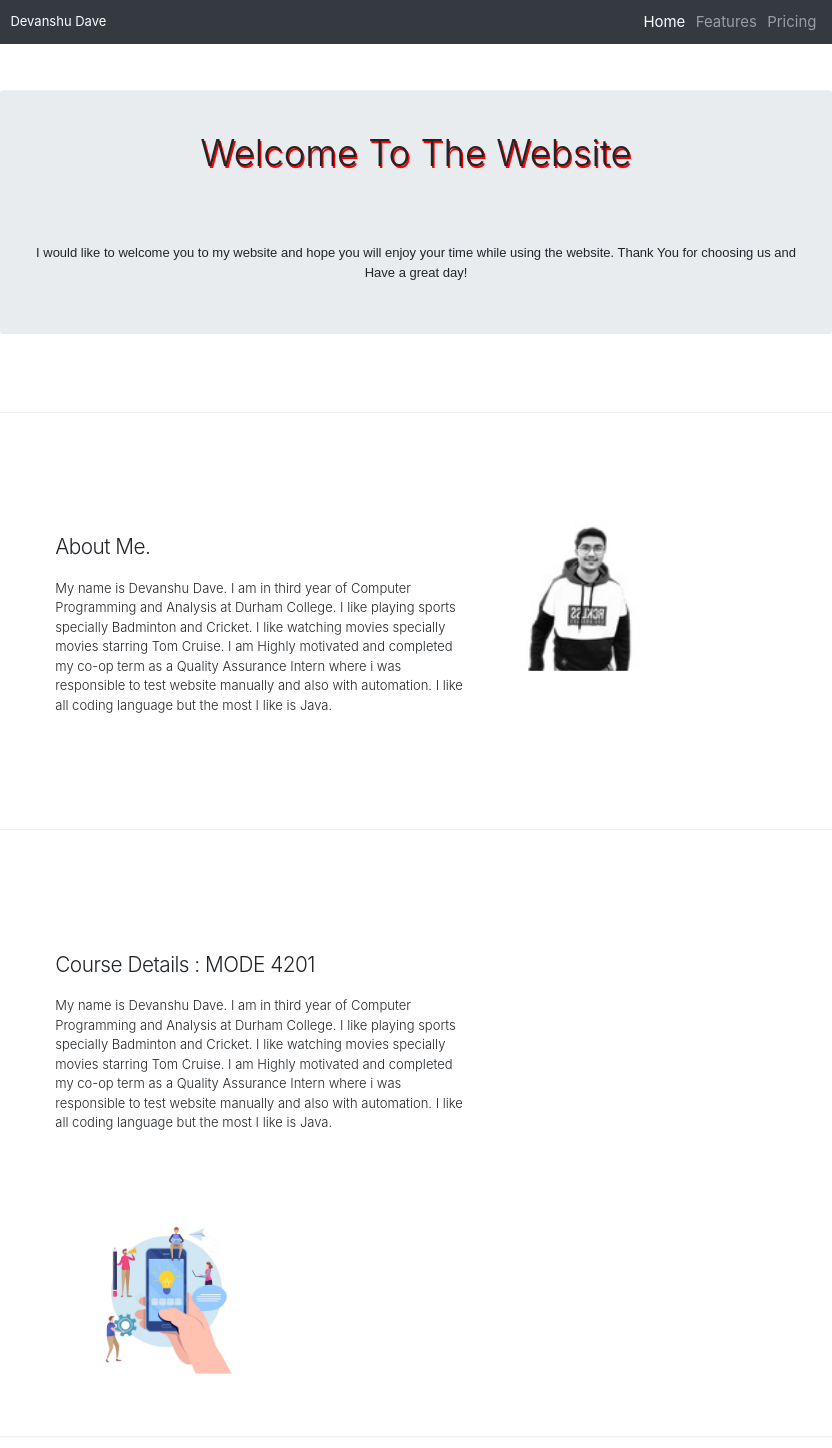
Repository: devanshudave1901/Mobile-Dev-Website
Page: index.html
These files come from the project's save history. The page is drawn as it stood at one moment and after a run of saves; the edit follows.
The browser window is 1280 px wide. The pictures show the whole page, at 65% of full size.
Some web libraries are served in a nearby version.

Above is the page before, as saved 2022-10-05 01:16:32.

### index.html
<!DOCTYPE html>
<html lang="en">
  <head>
    <meta charset="UTF-8" />
    <meta http-equiv="X-UA-Compatible" content="IE=edge" />
    <meta name="viewport" content="width=device-width, initial-scale=1.0" />
    <link
      rel="stylesheet"
      href="https://cdn.jsdelivr.net/npm/bootstrap@4.0.0/dist/css/bootstrap.min.css"
      integrity="sha384-Gn5384xqQ1aoWXA+058RXPxPg6fy4IWvTNh0E263XmFcJlSAwiGgFAW/dAiS6JXm"
      crossorigin="anonymous"
    />
    <link
      href="https://maxcdn.bootstrapcdn.com/font-awesome/4.2.0/css/font-awesome.min.css"
      rel="stylesheet"
    />

    <style>
      .navbar-nav {
        margin-left: auto;
        font-size: 23px;
      }
      .welcomeHeading {
        text-shadow: 2px 2px red;
        text-align: center;
      }
      .welcomeText {
        text-align: center;
        font-family: "Sofia", sans-serif;
      }
      .featurette-heading {
        font-weight: 300;
        line-height: 1;
        letter-spacing: -0.05rem;
        margin-top: 20%;
      }
      .profileIamge {
        width: 250px;
      }
      .mobileDevProfile {
        margin-top: 10%;
        margin-left: 4%;
      }
    </style>
    <script
      src="https://code.jquery.com/jquery-3.2.1.slim.min.js"
      integrity="sha384-KJ3o2DKtIkvYIK3UENzmM7KCkRr/rE9/Qpg6aAZGJwFDMVNA/GpGFF93hXpG5KkN"
      crossorigin="anonymous"
    ></script>
    <script
      src="https://cdn.jsdelivr.net/npm/popper.js@1.12.9/dist/umd/popper.min.js"
      integrity="sha384-ApNbgh9B+Y1QKtv3Rn7W3mgPxhU9K/ScQsAP7hUibX39j7fakFPskvXusvfa0b4Q"
      crossorigin="anonymous"
    ></script>
    <script
      src="https://cdn.jsdelivr.net/npm/bootstrap@4.0.0/dist/js/bootstrap.min.js"
      integrity="sha384-JZR6Spejh4U02d8jOt6vLEHfe/JQGiRRSQQxSfFWpi1MquVdAyjUar5+76PVCmYl"
      crossorigin="anonymous"
    ></script>
    <title>Mobile Development - Lab 2</title>
  </head>
  <body>
    <nav class="navbar sticky-top navbar-expand-lg navbar-dark bg-dark">
      <a class="navbar-brand" href="#">Devanshu Dave</a>

      <div class="collapse navbar-collapse" id="navbarNavDropdown">
        <ul class="navbar-nav" mr-auto>
          <li class="nav-item active">
            <a class="nav-link" href="#"
              >Home <span class="sr-only">(current)</span></a
            >
          </li>
          <li class="nav-item">
            <a class="nav-link" href="#">Features</a>
          </li>
          <li class="nav-item">
            <a class="nav-link" href="#">Pricing</a>
          </li>
        </ul>
      </div>
    </nav>
    <br />
    <br />
    <br />
    <div class="jumbotron">
      <h1 class="display-4 welcomeHeading">Welcome To The Website</h1>
      <br />
      <br />
      <br />
      <br />
      <p class="lead welcomeText">
        I would like to welcome you to my website and hope you will enjoy your
        time while using the website. Thank You for choosing us and Have a great
        day!
      </p>
    </div>
    <br />
    <br />
    <br />
    <hr />
    <div class="container marketing">
      <br />
      <br />
      <div class="row featurette">
        <div class="col-md-7">
          <h2 class="featurette-heading">About Me.</h2>
          <br />
          <p class="lead">
            My name is Devanshu Dave. I am in third year of Computer Programming
            and Analysis at Durham College. I like playing sports specially
            Badminton and Cricket. I like watching movies specially movies
            starring Tom Cruise. I am Highly motivated and completed my co-op
            term as a Quality Assurance Intern where i was responsible to test
            website manually and also with automation. I like all coding
            language but the most I like is Java.
          </p>
        </div>
        <div class="col-md-5">
          <img
            class="featurette-image img-fluid profileIamge"
            src="./image/devProfile.JPG"
          />
        </div>
      </div>
      <br />
      <br />
      <br />
    </div>
    <br />
    <br />
    <br />
    <hr />
    <div class="container marketing">
      <br />
      <br />
      <div class="row featurette">
        <div class="col-md-7">
          <h2 class="featurette-heading">Course Details : MODE 4201</h2>
          <br />
          <p class="lead">
            My name is Devanshu Dave. I am in third year of Computer Programming
            and Analysis at Durham College. I like playing sports specially
            Badminton and Cricket. I like watching movies specially movies
            starring Tom Cruise. I am Highly motivated and completed my co-op
            term as a Quality Assurance Intern where i was responsible to test
            website manually and also with automation. I like all coding
            language but the most I like is Java.
          </p>
        </div>
        <div class="col-md-5 mobileDevProfile">
          <img
            class="featurette-image img-fluid profileIamge"
            src="./image/mobileDev.jpg"
          />
        </div>
      </div>
      <br />
      <br />
      <br />
    </div>
    <hr />
  </body>
</html>

After the next 3 saves:
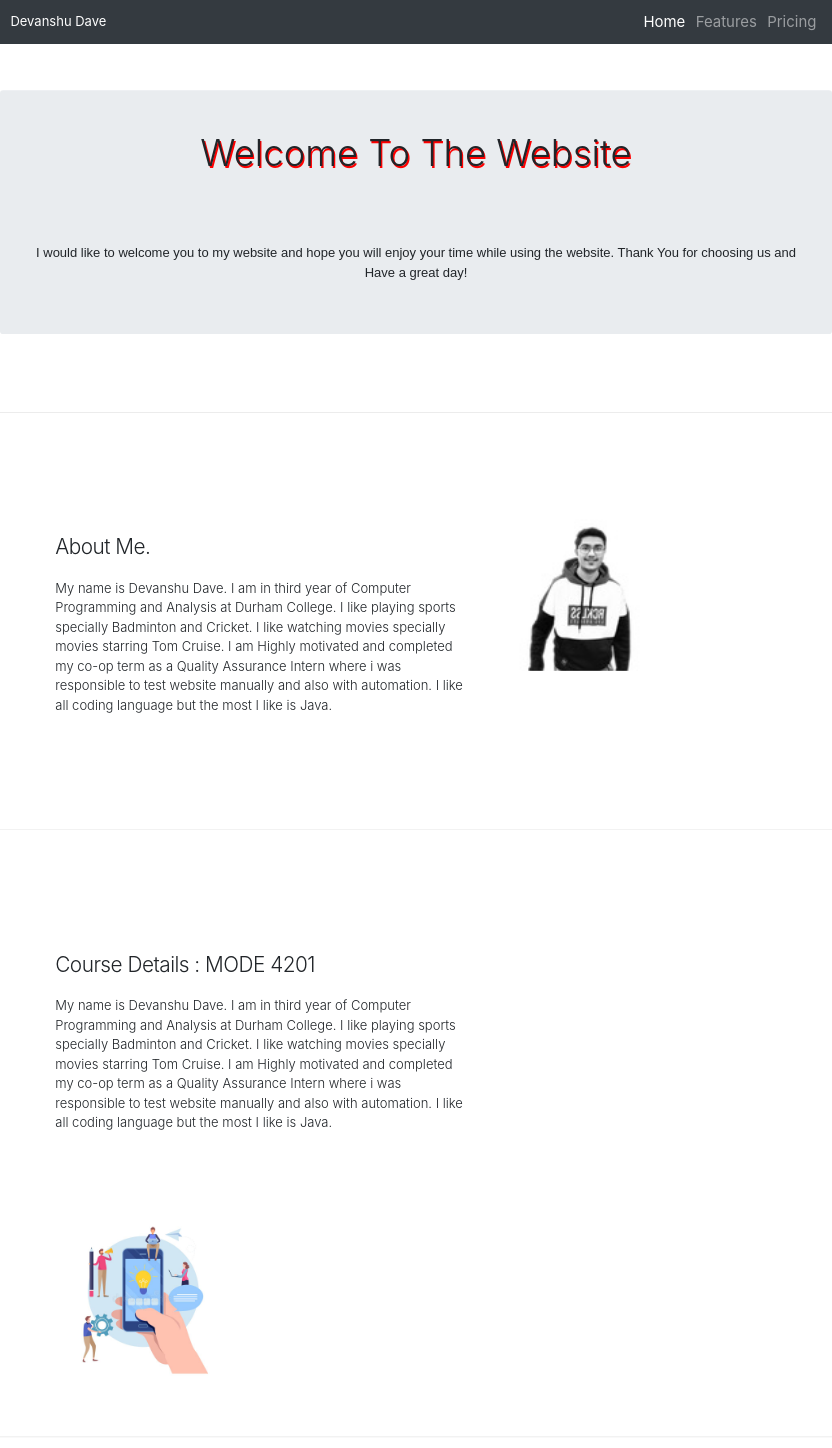
The 3 saves are shown as one change because they came seconds apart.
The last was saved 10 s later.
--- a/index.html
+++ b/index.html
@@ -39,7 +39,7 @@
       }
       .mobileDevProfile {
         margin-top: 10%;
-        margin-left: 4%;
+        margin-left: 10px;
       }
     </style>
     <script
